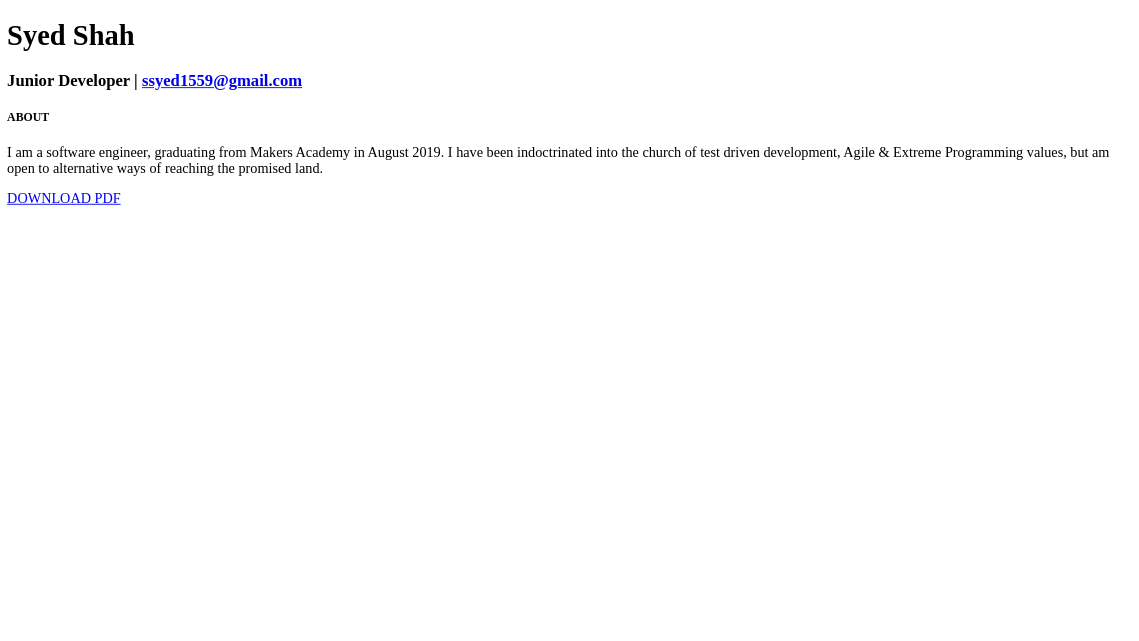
Repository: Syed-A-Shah/Resume
Page: index.html
The author's editor kept a record of every edit. The page is drawn from the files as they stood at one moment, then again after the next edit.
The browser window is 1280 px wide. The pictures show the whole page, at 89% of full size.

Above is the page before.

After the next edit:
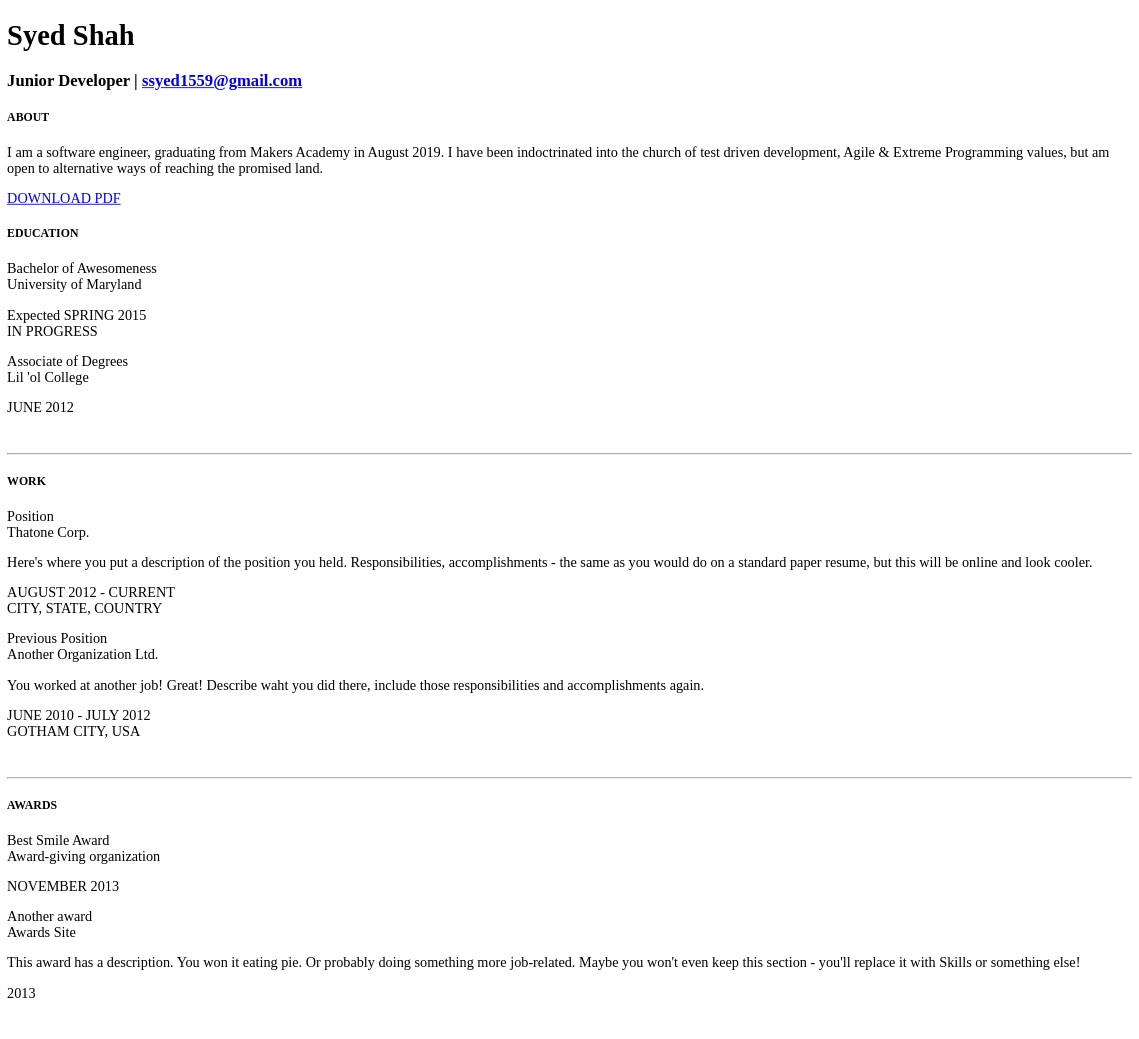
The edit:
--- a/index.html
+++ b/index.html
@@ -38,5 +38,110 @@
        </div><!--/.container-->
      </div><!--/ #intro-->
 
+ <section id="resume" name="resume"></section>
+	<!-- EDUCATION SECTION -->
+	<div class="container desc">
+		<div class="row">
+
+				<div class="col-lg-2 col-lg-offset-1">
+					<h5>EDUCATION</h5>
+				</div>
+				<!-- EDIT: education line 1 -->
+				<div class="col-lg-6">
+					<p><t>Bachelor of Awesomeness</t><br/>
+						University of Maryland
+						<!--<br/><i>Extra info here</i>-->
+					</p>
+				</div>
+				<div class="col-lg-3">
+					<p><sm>Expected SPRING 2015</sm><br/>
+					<imp><sm>IN PROGRESS</sm></imp>
+					</p>
+				</div>
+
+				<!-- EDIT: education line 2 -->
+				<div class="col-lg-6 col-lg-offset-3">
+					<p><t>Associate of Degrees </t><br/>
+						 Lil 'ol College
+						<!--<br/><i>Extra info here</i>-->
+					</p>
+				</div>
+				<div class="col-lg-3">
+					<p><sm>JUNE 2012</sm></p>
+				</div>
+
+		</div><!--/.row -->
+		<br>
+		<hr>
+	</div><!--/.container -->
+
+	<!-- WORK SECTION -->
+	<div class="container desc">
+		<div class="row">
+
+				<div class="col-lg-2 col-lg-offset-1">
+					<h5>WORK</h5>
+				</div>
+				<!-- EDIT: work line 1 -->
+				<div class="col-lg-6">
+					<p class="tight"><t>Position </t><br/>
+						Thatone Corp. <br/>
+					</p>
+					<p><more>Here's where you put a description of the position you held. Responsibilities, accomplishments - the same as you would do on a standard paper resume, but this will be online and look cooler.</more></p>
+				</div>
+				<div class="col-lg-3">
+					<p><sm>AUGUST 2012 - CURRENT <br />
+					CITY, STATE, COUNTRY</sm></p>
+				</div>
+
+				<!-- EDIT: work line 2-->
+				<div class="col-lg-6 col-lg-offset-3">
+					<p class="tight"><t>Previous Position</t><br/>
+						Another Organization Ltd. <br/>
+					</p>
+					<p><more>You worked at another job! Great! Describe waht you did there, include those responsibilities and accomplishments again.</more></p>
+				</div>
+				<div class="col-lg-3">
+					<p><sm>JUNE 2010 - JULY 2012 <br />
+					GOTHAM CITY, USA</sm></p>
+				</div>
+		</div><!--/.row -->
+		<br>
+		<hr>
+	</div><!--/.container -->
+
+
+	<!-- AWARDS SECTION -->
+	<div class="container desc">
+		<div class="row">
+				<div class="col-lg-2 col-lg-offset-1">
+					<h5>AWARDS</h5>
+				</div>
+
+				<!-- EDIT: awards line 1-->
+				<div class="col-lg-6">
+					<p><t>Best Smile Award</t><br/>
+						Award-giving organization<br/>
+					</p>
+				</div>
+				<div class="col-lg-3">
+					<p><sm>NOVEMBER 2013</sm></p>
+				</div>
+
+				<!-- EDIT: awards line 2-->
+				<div class="col-lg-6 col-lg-offset-3">
+					<p class="tight"><t>Another award</t><br/>
+						Awards Site
+					</p>
+					<p><more>This award has a description. You won it eating pie. Or probably doing something more job-related. Maybe you won't even keep this section - you'll replace it with Skills or something else!</more></p>
+				</div>
+				<div class="col-lg-3">
+					<p><sm>2013</sm></p>
+				</div>
+
+		</div><!--/.row -->
+		<br>
+	</div><!--/.container -->
+
 </body>
 </html>
